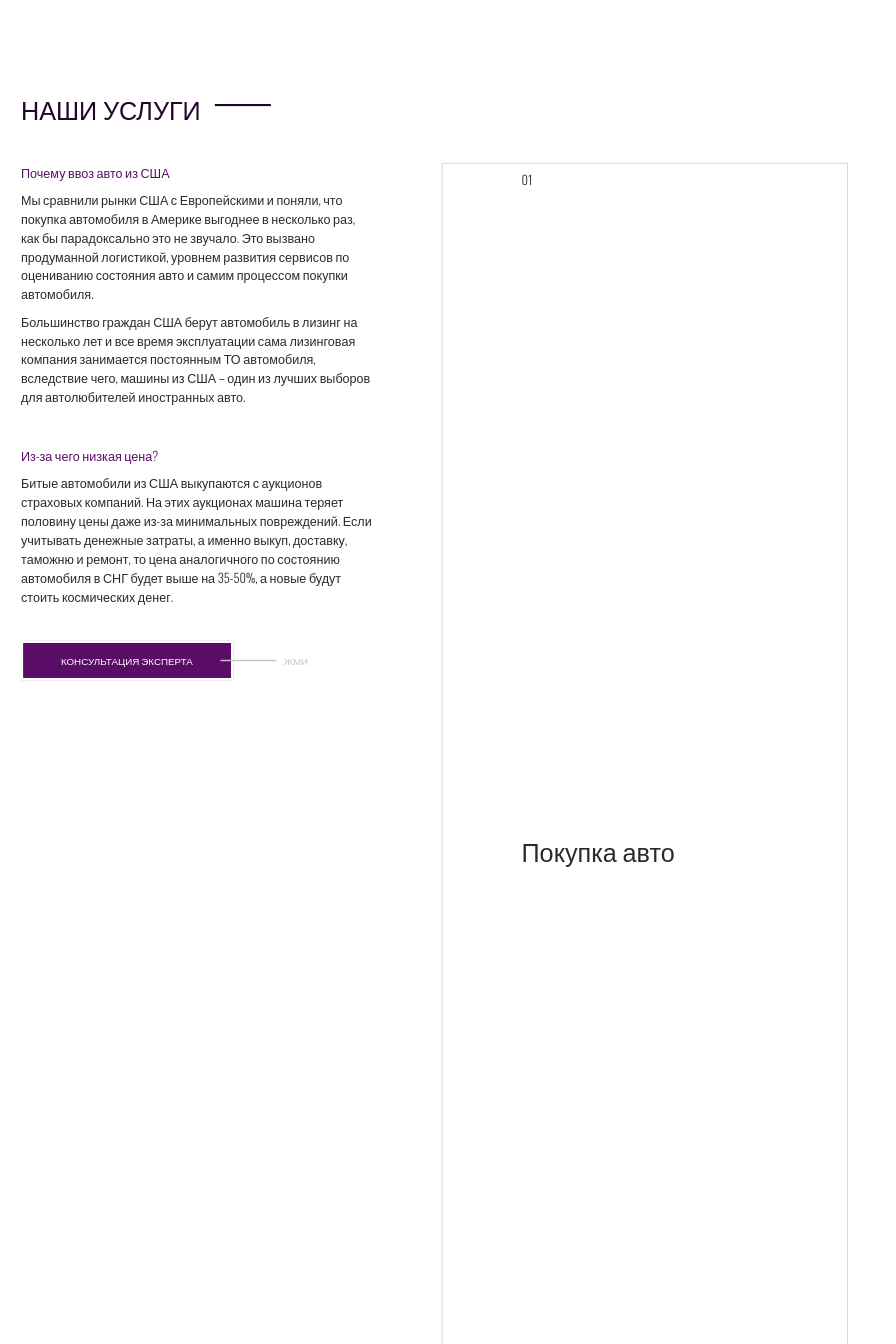
Repository: AlexandrLewandowski/site-1
Page: start/index.html
The author's editor kept a copy of each file at every save. The page is drawn from the files as they stood at one save, then again after the next save.
The browser window is 1280 px wide. The pictures show the part of the page from y = 921 to 2841 px (the page is 13284 px tall before and 3549 px after), at 70% of full size.

Above is the page before, as saved 2024-05-01 17:11:28.

### start/index.html
<!DOCTYPE html>
<html lang="en">

<head>
    <meta charset="UTF-8">
    <meta name="viewport" content="width=device-width, initial-scale=1.0">
    <meta http-equiv="X-UA-Compatible" content="ie=edge">
    <title>Mustang</title>
    <link rel="preconnect" href="https://fonts.googleapis.com">
    <link rel="preconnect" href="https://fonts.gstatic.com" crossorigin>
    <link href="https://fonts.googleapis.com/css2?family=Oswald:wght@300;400&display=swap" rel="stylesheet">
    <link rel="stylesheet" href="css/reset.css">
    <link rel="stylesheet" href="css/slick.css">
    <link rel="stylesheet" href="css/jquery.fancybox.css">
    <link rel="stylesheet" href="css/style.css">
</head>

<body>

    <header class="header">
        <div class="container">
            <div class="header__top">
                <a class="logo" href="#">
                    <img class="logo__img" src="images/logo.svg" alt="logo">
                </a>
                <a class="phone" href="tel:88005553535">8-800-555-35-35</a>
            </div>
            <div class="header__content">
                <h1 class="header__title">
                    Авто из США "под ключ"
                </h1>
                <h2 class="header__subtitle">
                    Закажи себе авто из США с выгодой до 40%
                </h2>
                <p class="header__text">
                    Покупка, доставка, растаможка, ремонт и оформление по договору
                </p>
                <a class="button" href="#">консультация эксперта</a>
                <div class="header__social">
                    <a class="header__social-link" href="#">
                        <img class="header__social-img" src="images/icon/instagram.svg" alt="">
                    </a>
                    <a class="header__social-link" href="#">
                        <img class="header__social-img" src="images/icon/telegram.svg" alt="">
                    </a>
                    <a class="header__social-link" href="#">
                        <img class="header__social-img" src="images/icon/whatsapp.svg" alt="">
                    </a>
                    <a class="header__social-link" href="#">
                        <img class="header__social-img" src="images/icon/facebook.svg" alt="">
                    </a>
                </div>
                <img class="header__images" src="images/ford-mustang.png" alt="ford mustang">
            </div>
        </div>
    </header>

    <section class="services">
        <div class="container">
            <h2 class="title">Наши услуги</h2>
            <div class="services__inner">
                <div class="services__content">
                    <div class="services__content-box">
                        <h6 class="services__content-title">
                            Почему ввоз авто из США
                        </h6>
                        <div class="services__content-textbox">
                            <p class="services__content-text">
                                Мы сравнили рынки США с Европейскими и поняли, что покупка автомобиля в Америке выгоднее
                                в несколько раз, как бы парадоксально это не звучало. Это вызвано продуманной
                                логистикой, уровнем развития сервисов по оцениванию состояния авто и самим процессом
                                покупки автомобиля.
                            </p>
                            <p class="services__content-text">
                                Большинство граждан США берут автомобиль в лизинг на несколько лет и все время
                                эксплуатации сама лизинговая компания занимается постоянным ТО автомобиля, вследствие
                                чего, машины из США – один из лучших выборов для автолюбителей иностранных авто.
                            </p>
                        </div>
                    </div>
                    <div class="services__content-box">
                        <h6 class="services__content-title">
                            Из-за чего низкая цена?
                        </h6>
                        <div class="services__content-textbox">
                            <p class="services__content-text">
                                Битые автомобили из США выкупаются с аукционов страховых компаний. На этих аукционах
                                машина теряет половину цены даже из-за минимальных повреждений. Если учитывать денежные
                                затраты, а именно выкуп, доставку, таможню и ремонт, то цена аналогичного по состоянию
                                автомобиля в СНГ будет выше на 35-50%, а новые будут стоить космических денег.
                            </p>
                        </div>
                    </div>
                    <a class="button button--decor" href="#">консультация эксперта</a>
                </div>
                <ol class="services__list">
                    <li class="services__item">
                        <p class="services__item-title">Покупка авто</p>
                        <p class="services__item-text">Подбор автомобиля и экспертная проверка</p>
                    </li>
                    <li class="services__item">
                        <p class="services__item-title">Доставка морем</p>
                        <p class="services__item-text">Расчет оптимальной стоимости доставки авто</p>
                    </li>
                    <li class="services__item">
                        <p class="services__item-title">Растаможка авто</p>
                        <p class="services__item-text">Прохождение таможенного оформления (2-3 дня)</p>
                    </li>
                    <li class="services__item">
                        <p class="services__item-title">Ремонт авто</p>
                        <p class="services__item-text">Комплексный ремонт автомобиля на СТО</p>
                    </li>
                    <li class="services__item">
                        <p class="services__item-title">Сертификация</p>
                        <p class="services__item-text">Услуга предоставляется по желанию</p>
                    </li>
                    <li class="services__item">
                        <p class="services__item-title">Постановка на учет</p>
                        <p class="services__item-text">Оформление автомобиля в СНГ</p>
                    </li>
                </ol>
            </div>
        </div>
    </section>

    <script src="https://ajax.googleapis.com/ajax/libs/jquery/3.4.1/jquery.min.js"></script>
    <script src="js/slick.min.js"></script>
    <script src="js/jquery.fancybox.min.js"></script>
    <script src="js/main.js"></script>
</body>

</html>

### start/css/style.css
*,
*::after *::before {
    box-sizing: border-box;
}

body {
    font-family: "Oswald", sans-serif;
    font-size: 18px;
    line-height: 27px;
    font-weight: 300;
    color: #2C2B2B;
}

a {
    text-decoration: none;
    color: inherit;
    display: inline-block;
}

.container {
    max-width: 1220px;
    margin: 0 auto;
    padding: 0 10px;
}

.header {
    background-image: url(../images/header-bg.jpg);
    background-repeat: no-repeat;
    background-size: cover;
    background-position: top center;
    min-height: 700px;
    color: #fff;
}

.header__top {
    padding: 47px 0 46px;
    display: flex;
    justify-content: space-between;
    align-items: center;
}

.phone {
    font-weight: 400;
    font-size: 36px;
    line-height: 54px;
}

.header__content {
    padding-top: 60px;
    position: relative;
}

.header__title {
    font-size: 72px;
    font-weight: 400;
    line-height: 107px;
    text-transform: uppercase;
}

.header__subtitle {
    font-size: 36px;
    line-height: 54px;
    font-weight: 400;
    text-transform: uppercase;
    margin-bottom: 30px;
}

.header__text {
    margin-bottom: 30px;
    max-width: 800px;
}

.button {
    font-size: 14px;
    line-height: 21px;
    text-transform: uppercase;
    padding: 14px 54px 15px;
    background-color: #5A0D67;
    transition: all .5s;
}

.button:hover {
    color: #5A0D67;
    background-color: #fff;
}

.header__social {
    padding: 70px 0 20px 65px;
    ;
    display: flex;
    align-items: center;
}

.header__social-link {
    margin-right: 10px;
}

.header__images {
    position: absolute;
    right: 0;
    bottom: -265px;
}

.services {
    padding-top: 350px;
}

.title {
    color: #21062A;
    font-size: 36px;
    line-height: 54px;
    font-weight: 400;
    text-transform: uppercase;
    margin-bottom: 50px;
    position: relative;
}

.title::after {
    content: '';
    width: 80px;
    height: 3px;
    background-color: #21062A;
    position: absolute;
    top: 20px;
    margin-left: 20px;
}

.services__inner {
    display: flex;
    margin-bottom: 100px;
}

.services__content {
    width: 505px;
    margin-right: 96px;
}

.services__content-box {}

.services__content-title {
    color: #5A0D67;
    font-size: 18px;
    line-height: 27px;
    font-weight: 300;
    margin-bottom: 12px;
}

.services__content-textbox {
    margin-bottom: 57px;
}

.services__content-text {
    margin-bottom: 12px;
}

.button--decor {
    margin-top: -7px;
    color: #fff;
    border: solid;
    position: relative;
}

.button--decor::after {
    content: 'ЖМИ';
    color: #c4c4c4;
    margin-left: 130px;
    position: absolute;
}

.button--decor::before {
    content: '';
    width: 80px;
    height: 2px;
    background-color: #c4c4c4;
    position: absolute;
    right: -65px;
    top: 24px;
}

.services__list {
    list-style: none;
    counter-reset: my-counter;
}

.services__item {
    counter-increment: my-counter;
    border: 1px solid #c4c4c4;
    margin-bottom: 12px;
    width: 450px;
    padding: 10px 15px 10px 113px;
    position: relative;
}

.services__item::before {
    content: '0'counter(my-counter);
    position: absolute;
}

.services__item-title {
    font-size: 24px;
    font-weight: 300;
    left: 20px;
    font-size: 36px;
    line-height: 54;
    font-weight: 400;
    color: c4c4c4;
}

.services__item-text {}

Loaded but not shown: start/css/reset.css (common file); start/css/slick.css (common file); start/css/jquery.fancybox.css (library); start/js/slick.min.js (library); start/js/jquery.fancybox.min.js (library); start/js/main.js (common file)

After the next save:
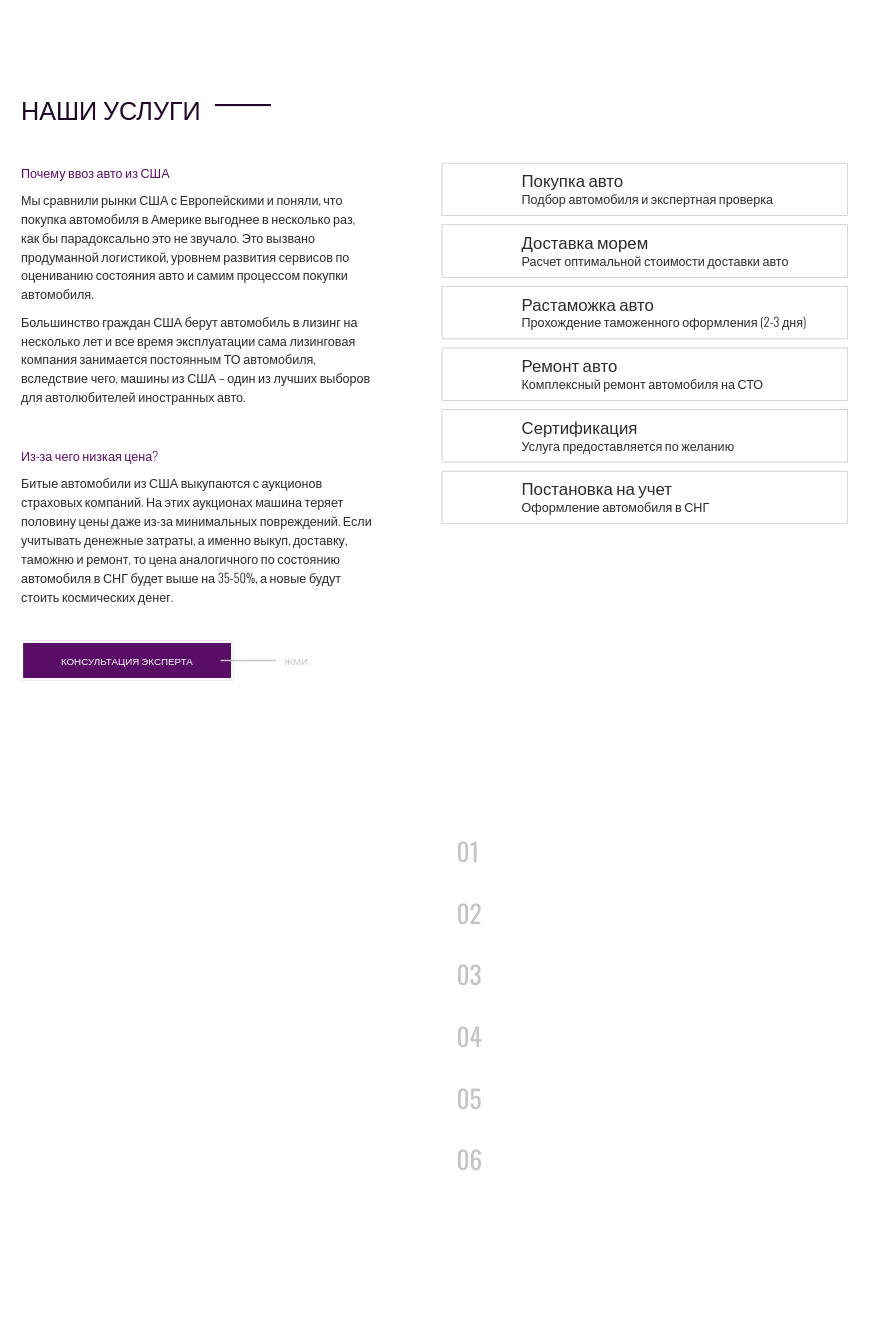
Saved 9 s later.
--- a/start/css/style.css
+++ b/start/css/style.css
@@ -194,16 +194,16 @@
 .services__item::before {
     content: '0'counter(my-counter);
     position: absolute;
+    left: 20px;
+    font-size: 36px;
+    line-height: 54;
+    font-weight: 400;
+    color: #c4c4c4;
 }
 
 .services__item-title {
     font-size: 24px;
     font-weight: 300;
-    left: 20px;
-    font-size: 36px;
-    line-height: 54;
-    font-weight: 400;
-    color: c4c4c4;
 }
 
 .services__item-text {}
